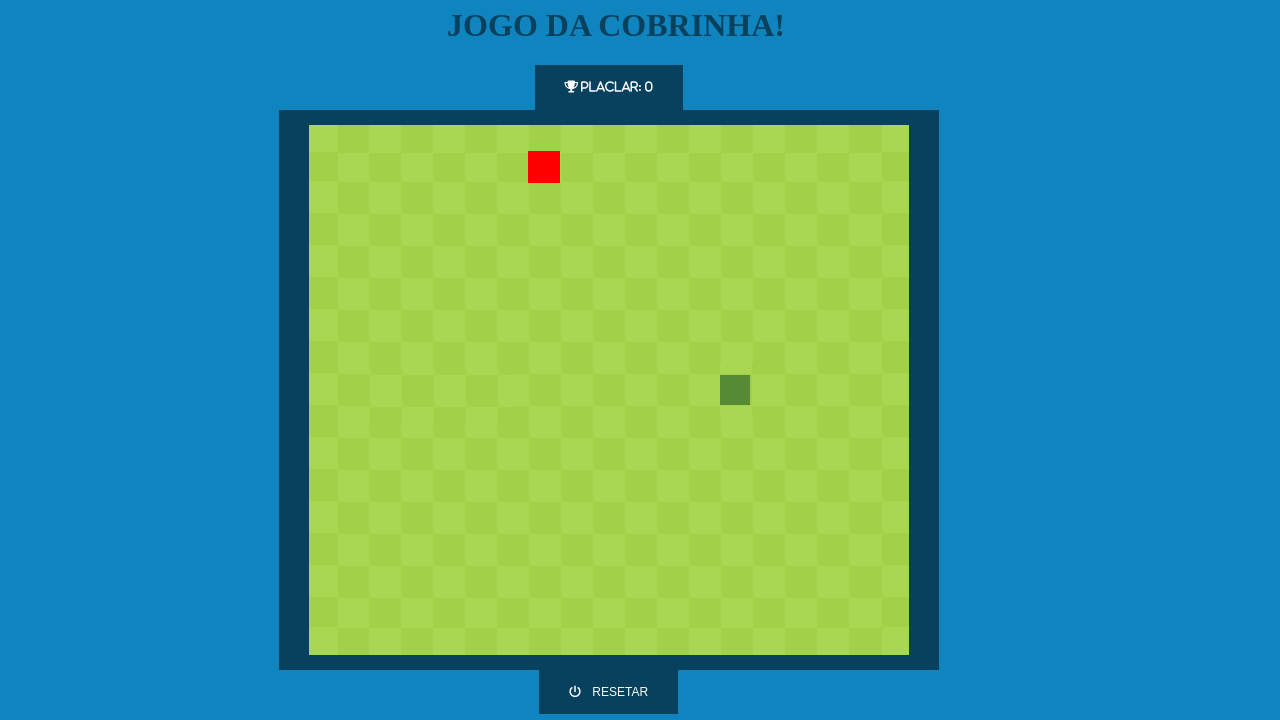
Repository: julierson/jogo-da-cobrinha-dio-master
Page: index.html
The author's editor kept a copy of each file at every save. The page is drawn from the files as they stood at one save, then again after the next save.
The browser window is 1280 px wide. The pictures show the whole page.
Some web libraries are served in a nearby version.

Above is the page before, as saved 2021-07-05 17:29:21.

After the next save:
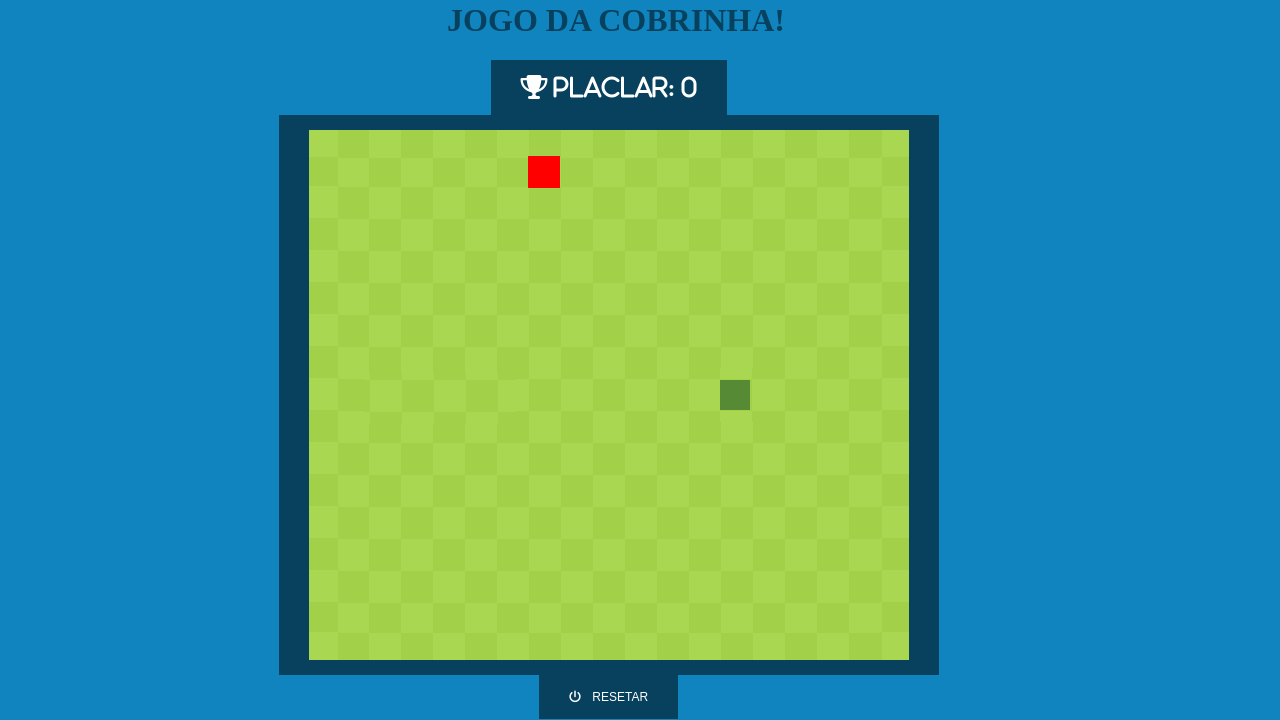
Saved 14 s later.
--- a/index.html
+++ b/index.html
@@ -14,7 +14,7 @@
     <h1>JOGO DA COBRINHA!</h1>
 
     <div class="btnPlacar">
-        <i class="fas fa-trophy reset" id="placar"> Placlar: 0</i>
+        <i class="fas fa-trophy fa-2x" id="placar"> Placlar: 0</i>
     </div>
     <canvas class="fundoSnake" id="snake" width="600" height="530"></canvas>
 
